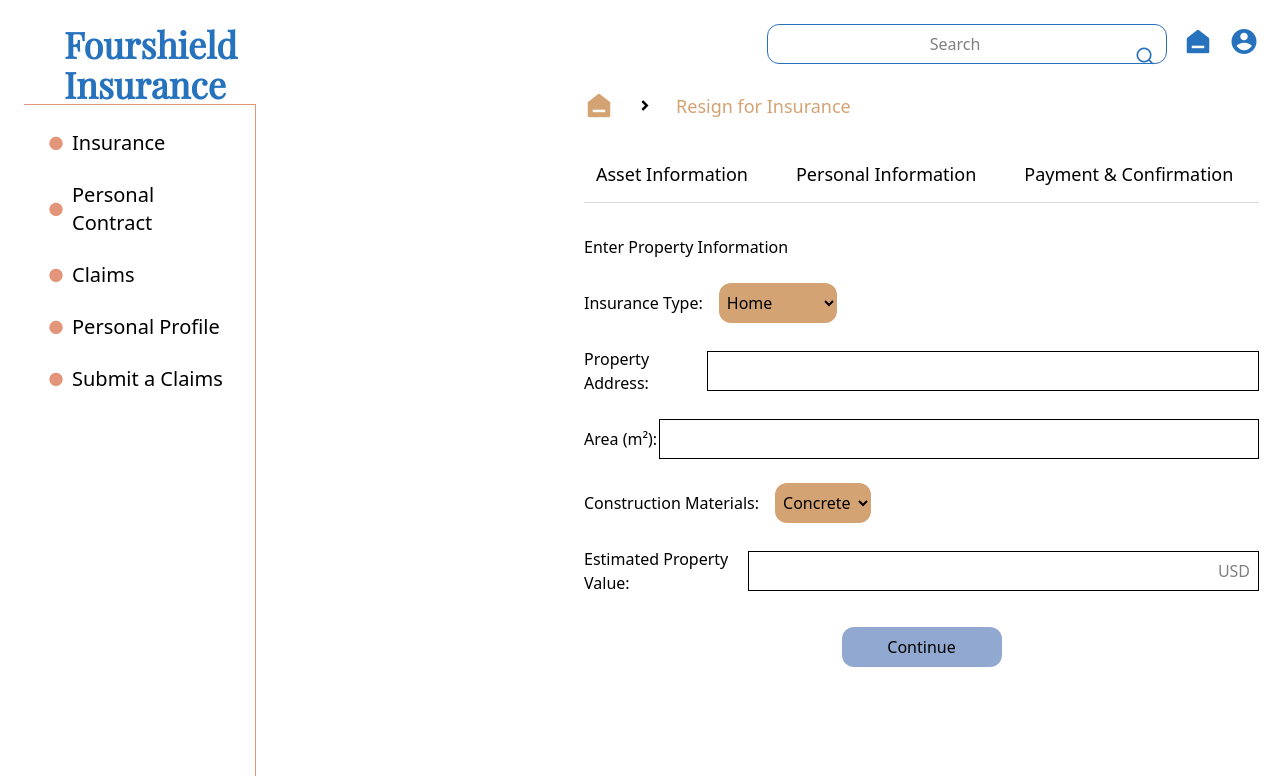
Repository: MockProject9920/MockProject_022025_Nhom4
Page: / (app in frontend/)
An editor plug-in stored every save of this project. The page is shown before and after the next save, followed by the edit.
The browser window is 1280 px wide. The page is 1283 px wide, then 1280 px, so the pictures cover 1283 px, including what lies to the right of the window. The pictures show the whole page.
The project was rebuilt for these pictures with package versions that can differ from the ones it lists, and the page was loaded fresh each time. Also part of the build but not shown: frontend/vite.config.js, frontend/src/pages/Login.jsx.

Above is the page before, as saved 2025-03-05 17:00:17.

### frontend/index.html
<!DOCTYPE html>

<html lang="en">
  <head>
    <meta charset="UTF-8" />
    <link rel="icon" type="image/svg+xml" href="/vite.svg" />
    <meta name="viewport" content="width=device-width, initial-scale=1.0" />
    <title>Vite + React</title>
  </head>
  <body>
    <div id="root"></div>
    <script type="module" src="/src/main.jsx"></script>
  </body>
</html>

### frontend/src/index.css
@import "tailwindcss";
@import "remixicon/fonts/remixicon.css";
/*  font-family: system-ui, Avenir, Helvetica, Arial, sans-serif;
  line-height: 1.5;
  font-weight: 400;

  color-scheme: light dark;
  color: rgba(255, 255, 255, 0.87);
  background-color: #242424;

  font-synthesis: none;
  text-rendering: optimizeLegibility;
  -webkit-font-smoothing: antialiased;
  -moz-osx-font-smoothing: grayscale;
}

a {
  font-weight: 500;
  color: #646cff;
  text-decoration: inherit;
}
a:hover {
  color: #535bf2;
}

body {
  margin: 0;
  display: flex;
  place-items: center;
  min-width: 320px;
  min-height: 100vh;
}

h1 {
  font-size: 3.2em;
  line-height: 1.1;
}

button {
  border-radius: 8px;
  border: 1px solid transparent;
  padding: 0.6em 1.2em;
  font-size: 1em;
  font-weight: 500;
  font-family: inherit;
  background-color: #1a1a1a;
  cursor: pointer;
  transition: border-color 0.25s;
}
button:hover {
  border-color: #646cff;
}
button:focus,
button:focus-visible {
  outline: 4px auto -webkit-focus-ring-color;
}

@media (prefers-color-scheme: light) {
  :root {
    color: #213547;
    background-color: #ffffff;
  }
  a:hover {
    color: #747bff;
  }
  button {
    background-color: #f9f9f9;
  }
} */

### frontend/src/App.jsx
import AssetInformation from "./pages/AssetInformation";
import Login from "./pages/Login";

function App() {
  return (
    <>
      <AssetInformation />
    </>
  );
}

export default App;

### frontend/src/pages/AssetInformation.jsx
// import React, { useState } from "react";
// import "@fontsource/playfair-display";

// function AssetInformation() {
//   return (
//     <div className="flex space-x-0 py-10 h-screen w-screen">
//       <div className={`w-[280px] space-y-8 h-full fi`}>
//         <p
//           className="text-4xl text-[#2772BD] font-bold pl-10"
//           style={{ fontFamily: "Playfair Display" }}
//         >
//           Fourshield Insurance
//         </p>
//         <div className="space-y-6 h-full p-6  border-t-1 border-r-1 border-t-[#E29578] border-r-[#E29578]">
//           <div className="flex space-x-2 items-center">
//             <i class="ri-circle-fill text-[#E29578]"></i>
//             <p className="text-xl text-[#E29578]">Insurance</p>
//           </div>
//           <div className="flex space-x-2 items-center">
//             <i class="ri-circle-fill"></i>
//             <p className="text-xl">Personal Contract</p>
//           </div>
//           <div className="flex space-x-2 items-center">
//             <i class="ri-circle-fill"></i>
//             <p className="text-xl">Claims</p>
//           </div>
//           <div className="flex space-x-2 items-center">
//             <i class="ri-circle-fill"></i>
//             <p className="text-xl">Personal Profile</p>
//           </div>
//           <div className="flex space-x-2 items-center">
//             <i class="ri-circle-fill"></i>
//             <p className="text-xl">Submit a Claims</p>
//           </div>
//         </div>
//       </div>

//       <div className=" w-full  mr-60">
//         <div className=" flex space-x-20 justify-end ">
//           <div className="relative">
//             <input
//               placeholder="Search"
//               className="w-100 h-10 border border-[#2772BD] text-center py-2 pr-10 pl-4 rounded-xl"
//             />
//             <i className="ri-search-line absolute right-3 top-[18px] transform -translate-y-1/2 text-[#2772BD] text-xl"></i>
//           </div>

//           <div className="flex space-x-4 text-[#2772BD] text-2xl">
//             <i className="ri-home-6-fill text-3xl"></i>
//             <i className="ri-account-circle-fill text-3xl"></i>
//           </div>
//         </div>

//         <div
//           className="flex space-x-4 w-full ml-20 items-center
//         "
//         >
//           <i className="ri-home-6-fill text-3xl text-[#D4A373]"></i>
//           <i class="ri-arrow-drop-right-line text-3xl"></i>
//           <p className="text-lg text-[#D4A373]">Resign for Insurance</p>
//         </div>

//         <div className="flex space-x-20 ml-20 mt-5 justify-center border-b-1 border-b-[#D9D9D9]">
//           <p className="text-lg p-3 border-b-2 border-b-[#E29578] z-10">
//             Asset Information
//           </p>
//           <p className="text-lg p-3 ">Personal Information</p>
//           <p className="text-lg p-3 ">Payment & Confirmation</p>
//         </div>

//         <div className="ml-20 mt-8 space-y-7">
//           <p className="font-medium">Enter Property Information</p>

//           <div className="flex space-x-4">
//             <p className="font-medium">Insurance Type:</p>
//             <select className="h-10 p-1 ml-57 rounded-xl bg-[#D4A373]">
//               <option className="bg-white" value="Home">
//                 Home
//               </option>
//               <option className="bg-white" value="Apartment">
//                 Apartment
//               </option>
//               <option className="bg-white" value="Commercial">
//                 Commercial
//               </option>
//             </select>
//           </div>
//           <div className="flex space-x-4 w-full justify-between">
//             <p className="font-medium">Property Address:</p>
//             <input className="border-1 w-150 h-10"></input>
//           </div>
//           <div className="flex space-x-4 w-full justify-between">
//             <p className="font-medium">
//               Area (m<sup>2</sup>):
//             </p>
//             <input className="border-1 w-150 h-10"></input>
//           </div>
//           <div className="flex space-x-4">
//             <p className="font-medium">Construction Materials:</p>
//             <select className="h-10 p-1 ml-44 rounded-xl bg-[#D4A373]">
//               <option className="bg-white" value="Concrete">
//                 Concrete
//               </option>
//               <option className="bg-white" value="ApaBrickrtment">
//                 Brick
//               </option>
//               <option className="bg-white" value="Wood">
//                 Wood
//               </option>
//               <option className="bg-white" value="Other">
//                 Other
//               </option>
//             </select>
//           </div>
//           <div className="flex space-x-4 w-full justify-between">
//             <p className="font-medium">Estimated Property Value:</p>
//             <input
//               placeholder="USD"
//               className="text-right p-2 border-1 w-150 h-10"
//             ></input>
//           </div>
//         </div>

//         <div className="w-full mt-8 ml-6 text-center">
//           <button className="bg-[#91A8D0] p-2 w-30 rounded-xl">
//             Continute
//           </button>
//         </div>
//       </div>
//     </div>
//   );
// }

// export default AssetInformation;

// import React, { useState } from "react";
// import "@fontsource/playfair-display";

// function AssetInformation() {
//   return (
//     <div className="flex flex-col md:flex-row py-10 h-screen w-screen">
//       {/* Sidebar */}
//       <div className="w-full md:w-[280px] space-y-8 h-full md:h-auto p-6 border-t border-r md:border-t-0 md:border-r-[#E29578]">
//         <p
//           className="text-4xl text-[#2772BD] font-bold text-center md:text-left"
//           style={{ fontFamily: "Playfair Display" }}
//         >
//           Fourshield Insurance
//         </p>
//         <div className="space-y-6">
//           {[
//             "Insurance",
//             "Personal Contract",
//             "Claims",
//             "Personal Profile",
//             "Submit a Claims",
//           ].map((item, index) => (
//             <div key={index} className="flex space-x-2 items-center">
//               <i className="ri-circle-fill text-[#E29578]"></i>
//               <p className="text-xl">{item}</p>
//             </div>
//           ))}
//         </div>
//       </div>

//       {/* Main Content */}
//       <div className="w-full px-4 md:px-20">
//         {/* Header */}
//         <div className="flex flex-col md:flex-row justify-between items-center mb-6 space-y-4 md:space-y-0">
//           <div className="relative w-full md:w-auto">
//             <input
//               placeholder="Search"
//               className="w-full md:w-100 h-10 border border-[#2772BD] text-center py-2 pr-10 pl-4 rounded-xl"
//             />
//             <i className="ri-search-line absolute right-3 top-1/2 transform -translate-y-1/2 text-[#2772BD] text-xl"></i>
//           </div>
//           <div className="flex space-x-4 text-[#2772BD] text-2xl">
//             <i className="ri-home-6-fill text-3xl"></i>
//             <i className="ri-account-circle-fill text-3xl"></i>
//           </div>
//         </div>

//         {/* Breadcrumb */}
//         <div className="flex space-x-4 items-center text-[#D4A373]">
//           <i className="ri-home-6-fill text-3xl"></i>
//           <i className="ri-arrow-drop-right-line text-3xl"></i>
//           <p className="text-lg">Resign for Insurance</p>
//         </div>

//         {/* Tabs */}
//         <div className="flex justify-center border-b border-b-[#D9D9D9] mt-5">
//           {[
//             "Asset Information",
//             "Personal Information",
//             "Payment & Confirmation",
//           ].map((tab, index) => (
//             <p
//               key={index}
//               className={`text-lg p-3 ${
//                 index === 0 ? "border-b-2 border-b-[#E29578]" : ""
//               }`}
//             >
//               {tab}
//             </p>
//           ))}
//         </div>

//         {/* Form */}
//         <div className="mt-8 space-y-7">
//           <p className="font-medium">Enter Property Information</p>

//           <div className="flex flex-col md:flex-row md:items-center space-y-4 md:space-y-0 md:space-x-4">
//             <p className="font-medium">Insurance Type:</p>
//             <select className="h-10 p-1 rounded-xl bg-[#D4A373]">
//               {["Home", "Apartment", "Commercial"].map((type, index) => (
//                 <option key={index} className="bg-white" value={type}>
//                   {type}
//                 </option>
//               ))}
//             </select>
//           </div>

//           {["Property Address", "Area (m²)", "Estimated Property Value"].map(
//             (label, index) => (
//               <div
//                 key={index}
//                 className="flex flex-col md:flex-row md:items-center justify-between space-y-2 md:space-y-0"
//               >
//                 <p className="font-medium">{label}:</p>
//                 <input
//                   className="border w-full md:w-150 h-10 p-2"
//                   placeholder={
//                     label === "Estimated Property Value" ? "USD" : ""
//                   }
//                 ></input>
//               </div>
//             )
//           )}

//           <div className="flex flex-col md:flex-row md:items-center space-y-4 md:space-y-0 md:space-x-4">
//             <p className="font-medium">Construction Materials:</p>
//             <select className="h-10 p-1 rounded-xl bg-[#D4A373]">
//               {["Concrete", "Brick", "Wood", "Other"].map((material, index) => (
//                 <option key={index} className="bg-white" value={material}>
//                   {material}
//                 </option>
//               ))}
//             </select>
//           </div>
//         </div>

//         {/* Button */}
//         <div className="w-full mt-8 text-center">
//           <button className="bg-[#91A8D0] p-2 w-30 rounded-xl">Continue</button>
//         </div>
//       </div>
//     </div>
//   );
// }

// export default AssetInformation;

import React, { useState } from "react";
import "@fontsource/playfair-display";

function AssetInformation() {
  const [isSidebarOpen, setIsSidebarOpen] = useState(false);

  return (
    <div className="flex flex-col md:flex-row h-screen w-screen">
      {/* Nút mở sidebar trên mobile */}
      <button
        className="md:hidden p-4 text-2xl text-[#2772BD]"
        onClick={() => setIsSidebarOpen(!isSidebarOpen)}
      >
        <i className="ri-menu-line"></i>
      </button>

      {/* Sidebar */}
      <div
        className={`fixed md:static space-x-6 top-0 left-0 h-full w-[280px] bg-white  p-6 transition-transform duration-300
        ${
          isSidebarOpen ? "translate-x-0" : "-translate-x-full md:translate-x-0"
        }`}
      >
        <button
          className="md:hidden text-2xl text-[#E29578] mb-4"
          onClick={() => setIsSidebarOpen(false)}
        >
          <i className="ri-close-line"></i>
        </button>
        <p
          className="text-4xl text-[#2772BD] font-bold pl-10"
          style={{ fontFamily: "Playfair Display" }}
        >
          Fourshield Insurance
        </p>
        <div className="space-y-6 h-full p-6 border-t border-r border-[#E29578]">
          {[
            "Insurance",
            "Personal Contract",
            "Claims",
            "Personal Profile",
            "Submit a Claims",
          ].map((item, index) => (
            <div key={index} className="flex space-x-2 items-center">
              <i className="ri-circle-fill text-[#E29578]"></i>
              <p className="text-xl">{item}</p>
            </div>
          ))}
        </div>
      </div>

      {/* Nội dung chính */}
      <div className="w-full p-6 md:ml-[280px]">
        <div className="flex justify-end space-x-4">
          <div className="relative">
            <input
              placeholder="Search"
              className="w-40 md:w-100 h-10 border border-[#2772BD] text-center py-2 pr-10 pl-4 rounded-xl"
            />
            <i className="ri-search-line absolute right-3 top-[18px] text-[#2772BD] text-xl"></i>
          </div>
          <div className="flex space-x-4 text-[#2772BD] text-2xl">
            <i className="ri-home-6-fill text-3xl"></i>
            <i className="ri-account-circle-fill text-3xl"></i>
          </div>
        </div>

        <div className="flex space-x-4 items-center mt-6">
          <i className="ri-home-6-fill text-3xl text-[#D4A373]"></i>
          <i className="ri-arrow-drop-right-line text-3xl"></i>
          <p className="text-lg text-[#D4A373]">Resign for Insurance</p>
        </div>

        <div className="flex space-x-6 mt-6 border-b border-[#D9D9D9]">
          {[
            "Asset Information",
            "Personal Information",
            "Payment & Confirmation",
          ].map((tab, index) => (
            <p
              key={index}
              className="text-lg p-3 border-b-2 border-transparent hover:border-[#E29578] cursor-pointer"
            >
              {tab}
            </p>
          ))}
        </div>

        <div className="mt-8 space-y-6">
          <p className="font-medium">Enter Property Information</p>
          <div className="flex flex-col md:flex-row md:items-center md:space-x-4">
            <p className="font-medium">Insurance Type:</p>
            <select className="h-10 p-1 rounded-xl bg-[#D4A373] w-full md:w-auto">
              {["Home", "Apartment", "Commercial"].map((type) => (
                <option key={type} value={type}>
                  {type}
                </option>
              ))}
            </select>
          </div>
          <div className="flex flex-col md:flex-row md:items-center md:justify-between">
            <p className="font-medium">Property Address:</p>
            <input className="border p-2 w-full md:w-150 h-10" />
          </div>
          <div className="flex flex-col md:flex-row md:items-center md:justify-between">
            <p className="font-medium">Area (m²):</p>
            <input className="border p-2 w-full md:w-150 h-10" />
          </div>
          <div className="flex flex-col md:flex-row md:items-center md:space-x-4">
            <p className="font-medium">Construction Materials:</p>
            <select className="h-10 p-1 rounded-xl bg-[#D4A373] w-full md:w-auto">
              {["Concrete", "Brick", "Wood", "Other"].map((material) => (
                <option key={material} value={material}>
                  {material}
                </option>
              ))}
            </select>
          </div>
          <div className="flex flex-col md:flex-row md:items-center md:justify-between">
            <p className="font-medium">Estimated Property Value:</p>
            <input
              placeholder="USD"
              className="border p-2 text-right w-full md:w-150 h-10"
            />
          </div>
        </div>

        <div className="text-center mt-8">
          <button className="bg-[#91A8D0] p-2 w-40 rounded-xl">Continue</button>
        </div>
      </div>
    </div>
  );
}

export default AssetInformation;

Loaded but not shown: frontend/src/main.jsx (common file)

After the next save:
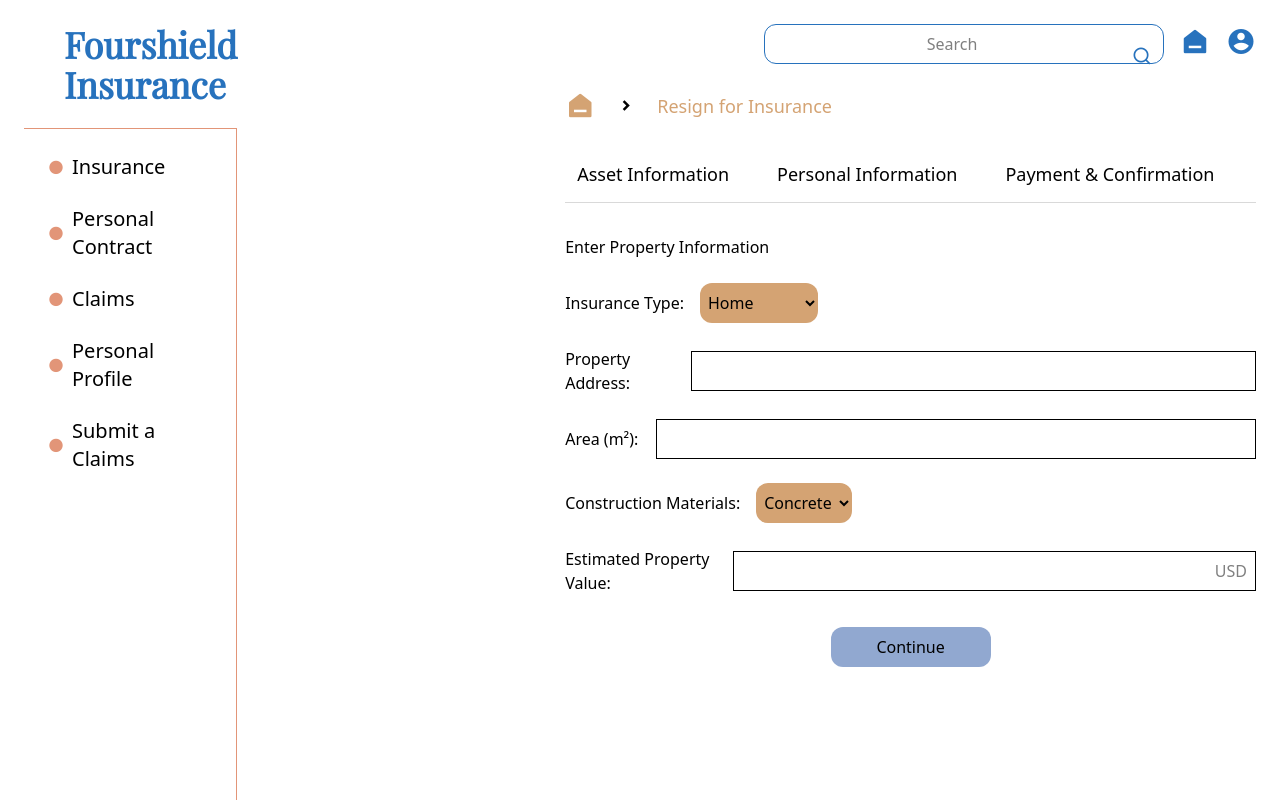
Saved 23 s later.
--- a/frontend/src/pages/AssetInformation.jsx
+++ b/frontend/src/pages/AssetInformation.jsx
@@ -278,7 +278,7 @@ function AssetInformation() {
 
       {/* Sidebar */}
       <div
-        className={`fixed md:static space-x-6 top-0 left-0 h-full w-[280px] bg-white  p-6 transition-transform duration-300
+        className={`fixed md:static top-0 left-0 h-full w-[280px] bg-white  p-6 transition-transform duration-300
         ${
           isSidebarOpen ? "translate-x-0" : "-translate-x-full md:translate-x-0"
         }`}
@@ -290,7 +290,7 @@ function AssetInformation() {
           <i className="ri-close-line"></i>
         </button>
         <p
-          className="text-4xl text-[#2772BD] font-bold pl-10"
+          className="text-4xl text-[#2772BD] font-bold pl-10 mb-6"
           style={{ fontFamily: "Playfair Display" }}
         >
           Fourshield Insurance
